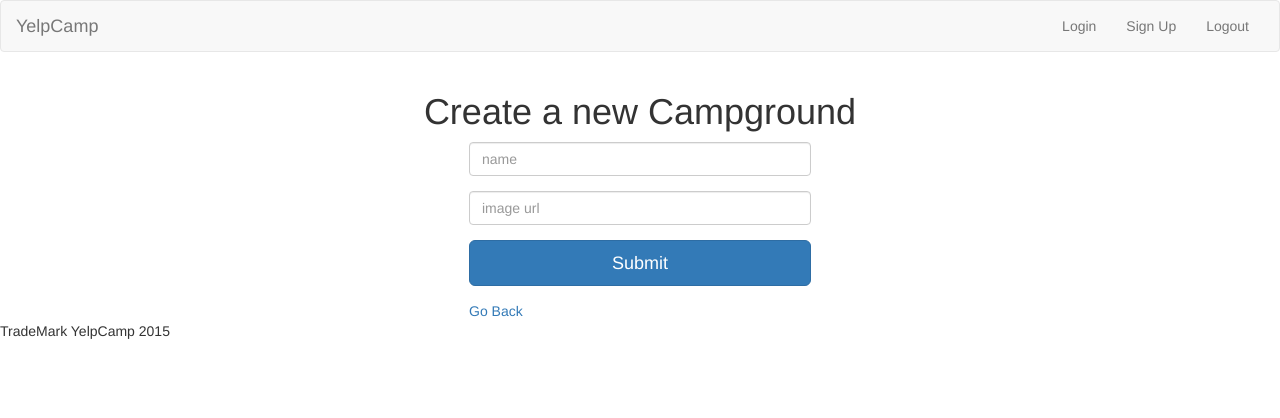
Repository: sanjansawant/Web-Developer-Bootcamp
Page: http://localhost/campgrounds/new
The author's editor kept a record of every edit. The page is drawn from the files as they stood at one moment, then again after the next edit.
The browser window is 1280 px wide. The pictures show the whole page.
Some web libraries are served in a nearby version. The page is served by the project's Node server (YelpCamp/v1/app.js).

Above is the page before.

After the next edit:
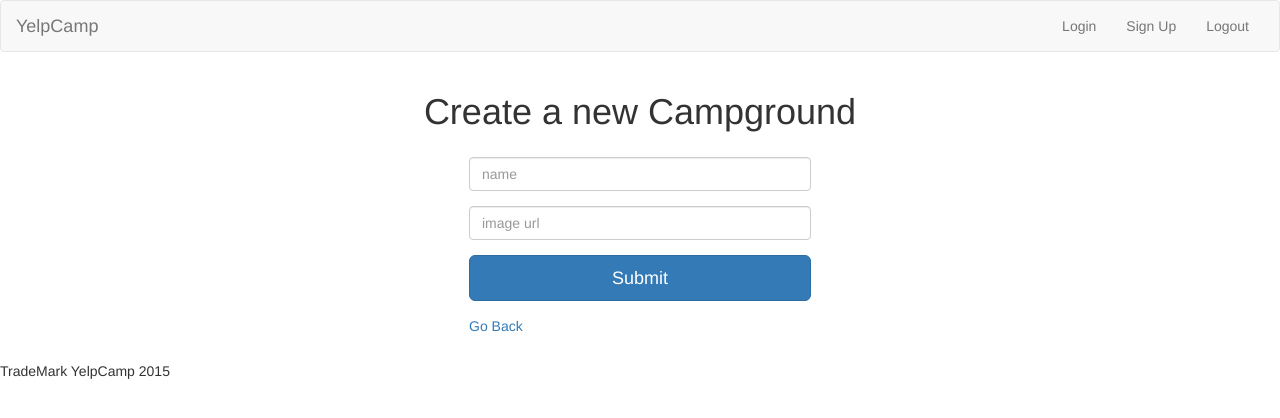
The edit:
--- a/YelpCamp/v1/views/new.ejs
+++ b/YelpCamp/v1/views/new.ejs
@@ -2,7 +2,7 @@
 <div class="container">
         <div class="row"></div>
         <h1 style="text-align: center">Create a new Campground</h1>
-        <div style="width: 30%; margin: 0 auto;">
+        <div style="width: 30%; margin: 25px auto;">
 
         <form action="/campgrounds" method="POST">
             <div class="form-group">
